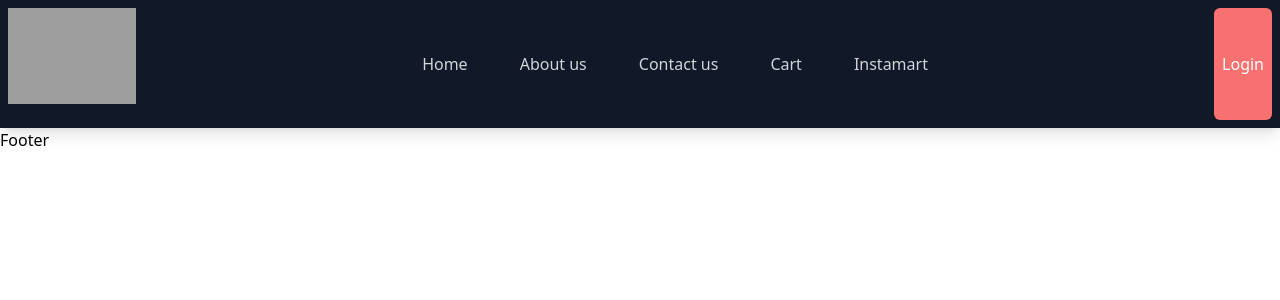
Repository: shivamv97/FOOD-VILLA-APP
Page: /
The author's editor kept a copy of each file at every save. The page is drawn from the files as they stood at one save, then again after the next save.
The browser window is 1280 px wide. The pictures show the whole page.
Pictures or frames that could not be fetched are drawn as grey boxes. The page's requests for data from a server got no answer. The project was rebuilt for these pictures with package versions that can differ from the ones it lists, and the page was loaded fresh each time. No one was signed in, and anything a server would have sent is missing. Also part of the build but not shown: src/components/RestaurantCards.js, src/components/About.js, src/components/ContactUs.js, src/utils/useRestaurant.js, src/components/RestaurantMenu.js, src/components/Profile.js.

Above is the page before, as saved 2024-09-27 16:19:37.

After the next save:
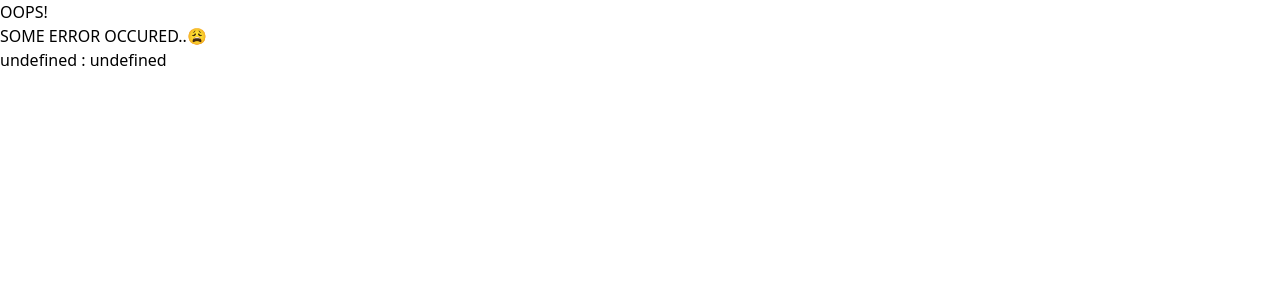
Console error: ReferenceError: iso is not defined
Saved 92 s later.
--- a/src/components/Title.js
+++ b/src/components/Title.js
@@ -20,6 +20,8 @@
 
 const HeaderComponent = () => {
   const [isLoggedIn, setisLoggedIn] = useState(false);
+
+  const isOnline = useOnline();
 
   const user = useContext(UserContext);
   return (
@@ -44,6 +46,7 @@
           </li>
         </ul>
       </div>
+      {iso}
       {isLoggedIn ? (
         <button
           onClick={() => setisLoggedIn(false)}

After the save that followed:
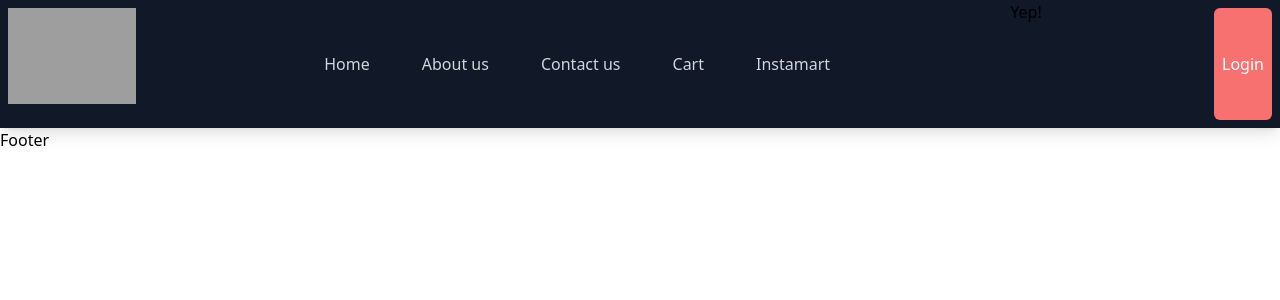
The error is gone.
Saved 67 s later.
--- a/src/components/Title.js
+++ b/src/components/Title.js
@@ -46,7 +46,7 @@
           </li>
         </ul>
       </div>
-      {iso}
+      <h1>{isOnline ? "Yep!" : "No"}</h1>
       {isLoggedIn ? (
         <button
           onClick={() => setisLoggedIn(false)}
